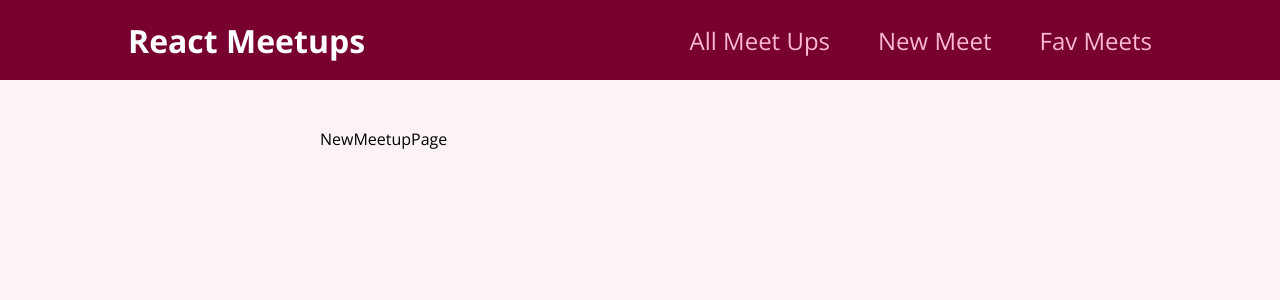
Repository: portretrieve/react-meetup-app
Page: /meet
An editor plug-in stored every save of this project. The page is shown before and after the next save, followed by the edit.
The browser window is 1280 px wide. The pictures show the whole page.
The project was rebuilt for these pictures with package versions that can differ from the ones it lists, and the page was loaded fresh each time. A package was used in the major version that the imports need, not the one package.json lists. Also part of the build but not shown: src/components/meetups/MeetupList.module.css, src/components/meetups/Meetupitem.module.css, src/components/userInterface/Card.module.css, src/components/userInterface/Card.js, src/components/meetups/MeetupItem.js, src/components/meetups/MeetupList.js, src/pages/AllMeetups.js, src/pages/Favourites.js.

Above is the page before, as saved 2021-08-19 00:56:32.

### src/App.js
import { Route, Switch } from "react-router-dom";

import AllMeetupsPage from "./pages/AllMeetups";
import FavouritesPage from "./pages/Favourites";
import NewMeetupPage from "./pages/NewMeetup";
import Layout from "./components/layout/Layout";

function App() {
  return (
    <Layout>
      <Switch>
        <Route path="/" exact>
          <AllMeetupsPage />
        </Route>
        <Route path="/meet">
          <NewMeetupPage />
        </Route>
        <Route path="/fav">
          <FavouritesPage />
        </Route>
      </Switch>
    </Layout>
  );
}

export default App;

### src/pages/NewMeetup.js
function NewMeetupPage() {
  return <div>NewMeetupPage</div>;
}

export default NewMeetupPage;

### src/components/layout/Layout.js
import classes from "./Layout.module.css";
import MainNavigation from "./MainNavigation";
function Layout(props) {
  return (
    <div>
      <MainNavigation></MainNavigation>
      <main className={classes.main}>{props.children}</main>
    </div>
  );
}

export default Layout;

### src/components/layout/MainNavigation.js
import { Link } from "react-router-dom";
import classes from "./MainNavigation.module.css";

function MainNavigation() {
  return (
    <header className={classes.header}>
      <div className={classes.logo}>React Meetups</div>
      <nav>
        <ul>
          <li>
            <Link to="/">All Meet Ups</Link>
          </li>
          <li>
            <Link to="/meet">New Meet</Link>
          </li>
          <li>
            <Link to="/fav">Fav Meets</Link>
          </li>
        </ul>
      </nav>
    </header>
  );
}

export default MainNavigation;

Loaded but not shown: public/index.html (common file); src/index.js (common file); src/index.css (common file); src/components/layout/Layout.module.css (common file); src/components/layout/MainNavigation.module.css (common file)

After the next save:
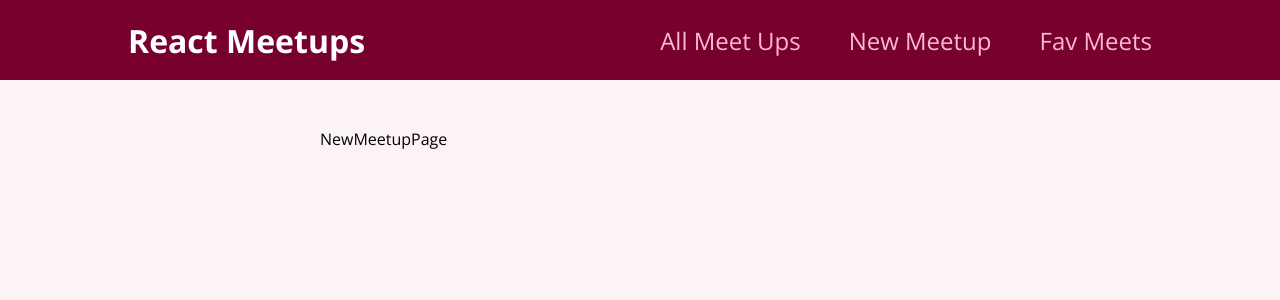
Saved 7 s later.
--- a/src/components/layout/MainNavigation.js
+++ b/src/components/layout/MainNavigation.js
@@ -11,7 +11,7 @@ function MainNavigation() {
             <Link to="/">All Meet Ups</Link>
           </li>
           <li>
-            <Link to="/meet">New Meet</Link>
+            <Link to="/meet">New Meetup</Link>
           </li>
           <li>
             <Link to="/fav">Fav Meets</Link>
